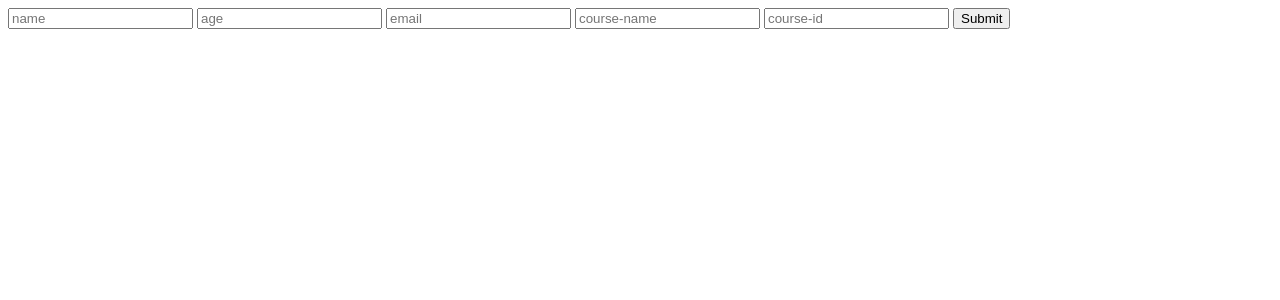
Repository: roneetkumar/java-enterprise
Page: http://localhost/College/
These files come from the project's save history. The page is drawn as it stood at one moment and after the next save; the edit follows.
The browser window is 1280 px wide. The pictures show the whole page.
The page is served by Tomcat 9. Other server files are loaded and not shown.

Above is the page before, as saved 2020-02-25 22:19:20.

### College/WebContent/index.jsp
<%@ page language="java" contentType="text/html; charset=ISO-8859-1"
    pageEncoding="ISO-8859-1"%>
<!DOCTYPE html>
<html>
<head>
<meta charset="ISO-8859-1">
<title>Insert title here</title>
</head>
<body>

	<form action="AddStudents">
		<input type="text" name="name" placeholder="name"/>
		<input type="text" name="age" placeholder="age"/>
		<input type="text" name="email" placeholder="email" />
		<input type="text" name="cname" placeholder="course-name"/>
		<input type="text" name="cid" placeholder="course-id"/>
		<input type="submit"/>
	</form>

</body>
</html>

After the next save:
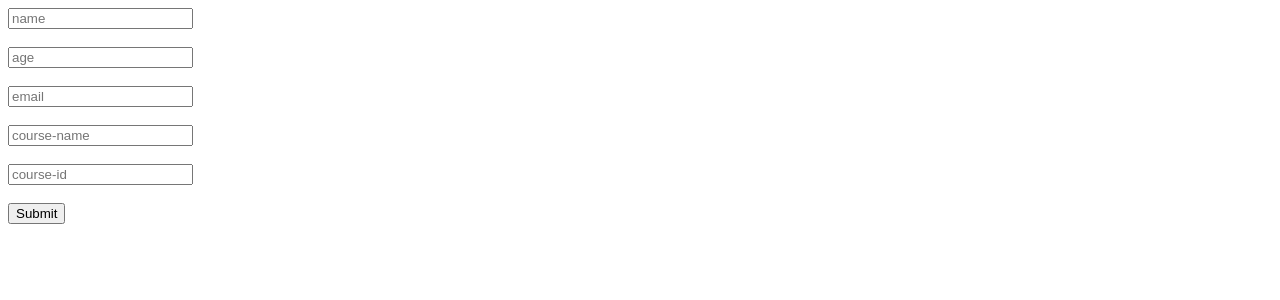
Saved 86 s later.
--- a/College/WebContent/index.jsp
+++ b/College/WebContent/index.jsp
@@ -9,12 +9,12 @@
 <body>
 
 	<form action="AddStudents">
-		<input type="text" name="name" placeholder="name"/>
-		<input type="text" name="age" placeholder="age"/>
-		<input type="text" name="email" placeholder="email" />
-		<input type="text" name="cname" placeholder="course-name"/>
-		<input type="text" name="cid" placeholder="course-id"/>
-		<input type="submit"/>
+		<input type="text" name="name" placeholder="name"/><br/><br/>
+		<input type="text" name="age" placeholder="age"/><br/><br/>
+		<input type="text" name="email" placeholder="email" /><br/><br/>
+		<input type="text" name="cname" placeholder="course-name"/><br/><br/>
+		<input type="text" name="cid" placeholder="course-id"/><br/><br/>
+		<input type="submit"/><br/><br/>
 	</form>
 
 </body>
